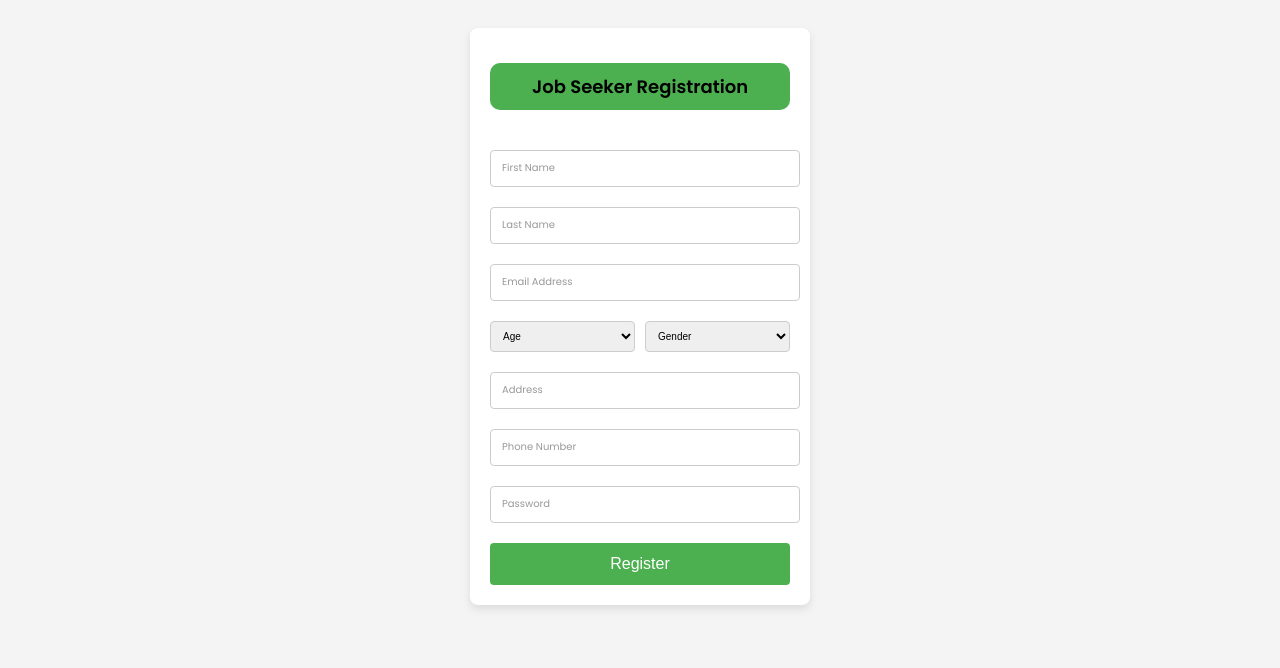
Repository: parthsabhani/Job_Portal_JSP_Servlet
Page: http://localhost/Job_Portal/jobSeekerRegistration.jsp
These files come from the project's save history. The page is drawn as it stood at one moment and after the next save; the edit follows.
The browser window is 1280 px wide. The pictures show the whole page.
The page is served by Tomcat 10.

Above is the page before, as saved 2025-04-22 10:00:20.

After the next save:
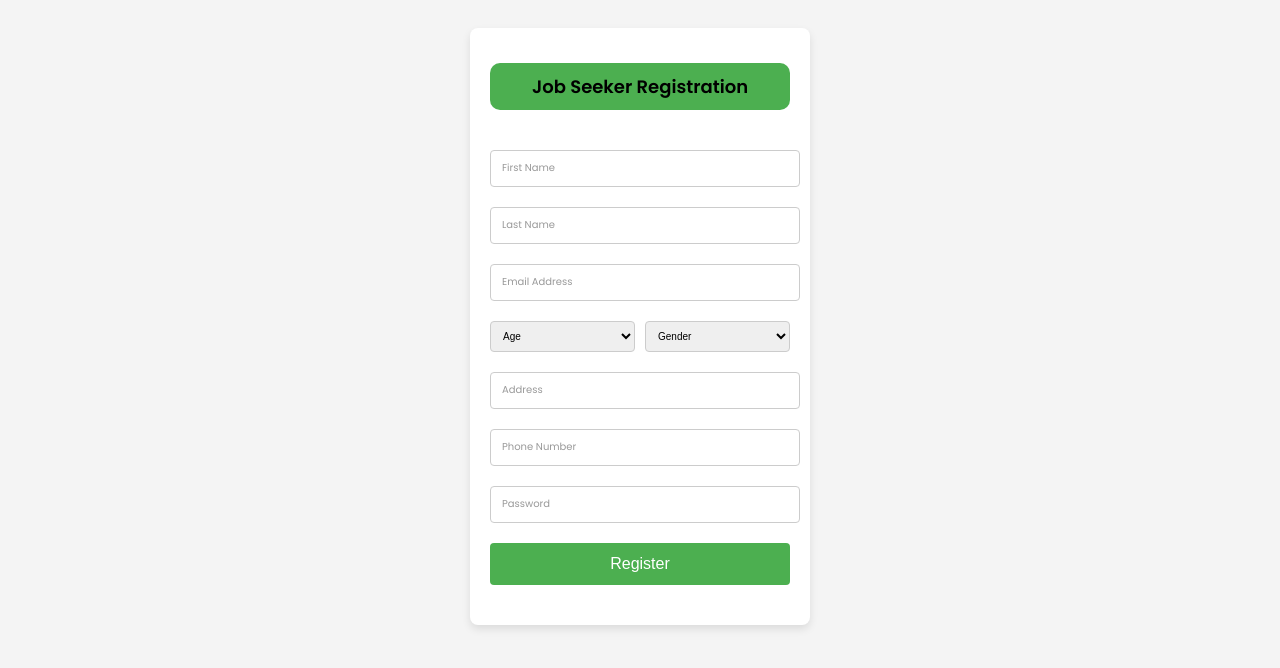
Saved 9 s later.
--- a/Job_Portal/src/main/webapp/jobSeekerRegistration.jsp
+++ b/Job_Portal/src/main/webapp/jobSeekerRegistration.jsp
@@ -111,7 +111,8 @@ label {
 .error {
 	color: red;
 	font-size: 14px;
-	margin-top: 10px
+	margin-top: 10px;
+	text-align: center;
 	margin-bottom: 10px;
 }
 </style>
